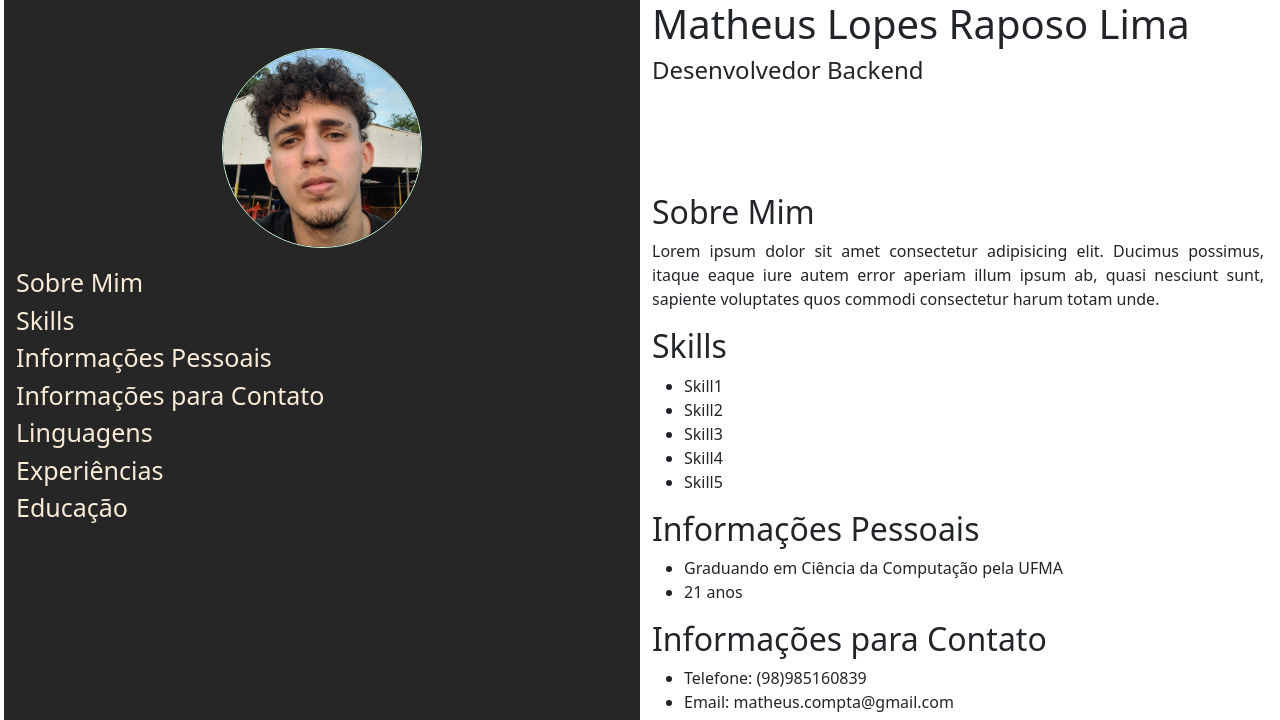
Repository: MaatheusRaposo/Curriculo_Web
Page: index.html
An editor plug-in stored every save of this project. The page is shown before and after the next save, followed by the edit.
The browser window is 1280 px wide. The pictures show the whole page.
The pointer rests on the first visible `a`.
An inner scrolling area shows only its first screen.

Above is the page before, as saved 2026-05-28 01:51:02.

After the next save:
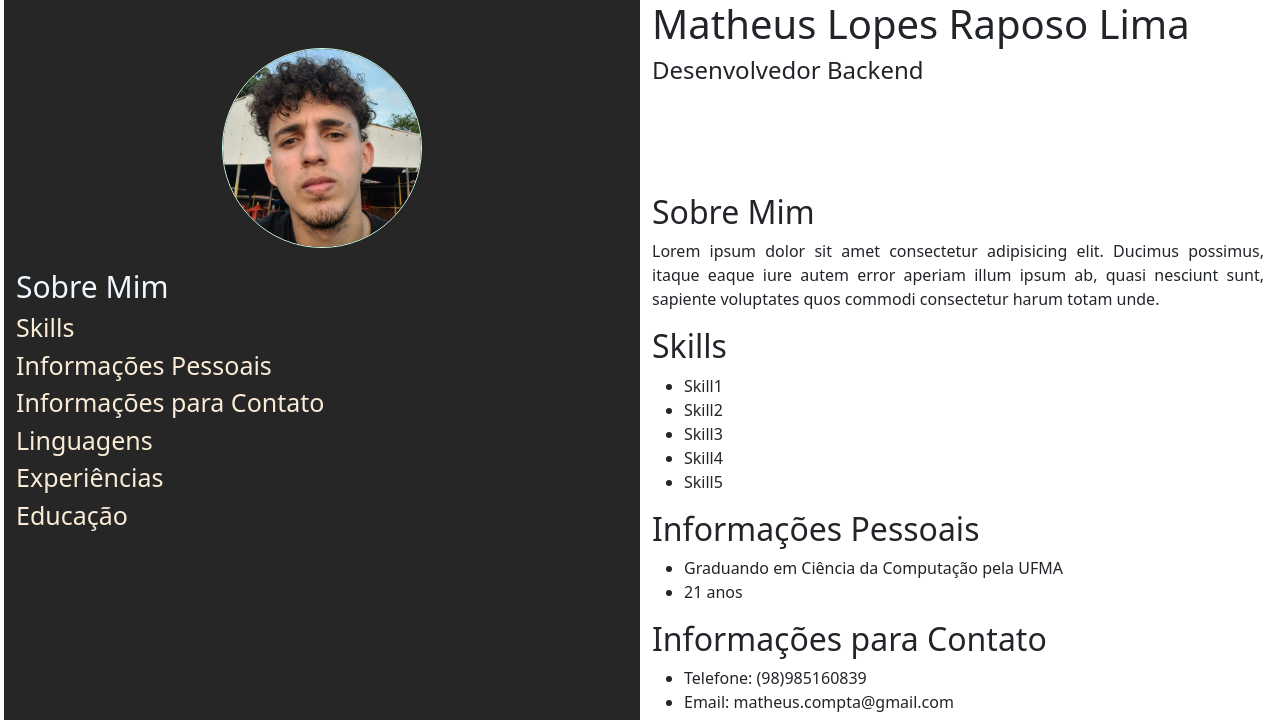
Saved 43 s later.
--- a/assets/css/style.css
+++ b/assets/css/style.css
@@ -23,7 +23,8 @@ a {
 }
 
 a:hover {
-    font-size:
+    font-size: 30px;
+    color: aliceblue;
 }
 
 @media screen and (min-width: 768px) {
